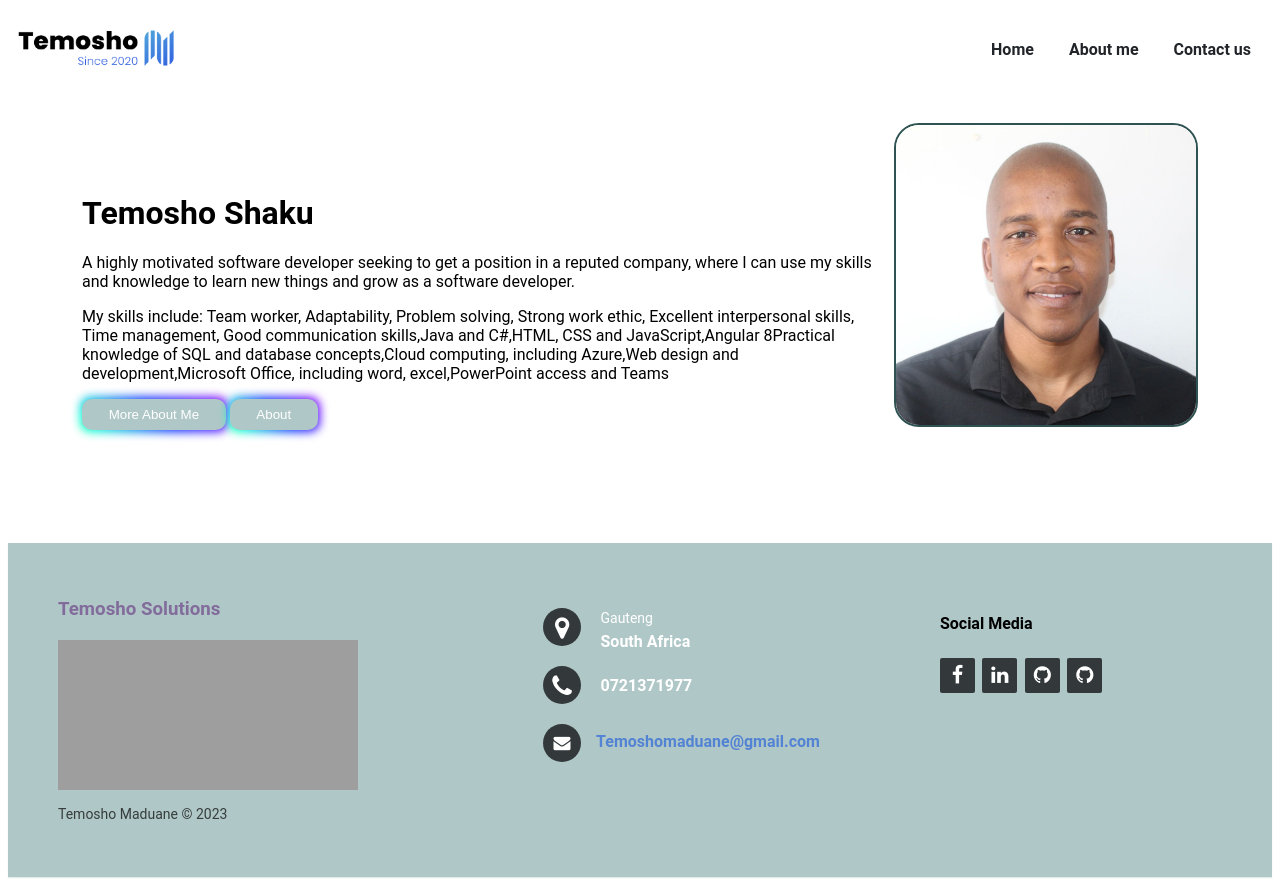
Repository: TemoshoS/T-Shaku
Page: index.html
These files come from the project's save history. The page is drawn as it stood at one moment and after the next save; the edit follows.
The browser window is 1280 px wide. The pictures show the whole page.
Pictures or frames that could not be fetched are drawn as grey boxes. Some web libraries are served in a nearby version.

Above is the page before, as saved 2023-09-28 14:23:36.

### index.html
<!DOCTYPE html>
<html>
  <title>Temosho Shaku</title>
  <meta charset="UTF-8">
        <meta name="viewport" content="width=device-width,initial-scale=1">


        <link rel="stylesheet" href="./css/style.css">

        <link rel="stylesheet" href="http://maxcdn.bootstrapcdn.com/font-awesome/4.2.0/css/font-awesome.min.css">
        <link href="http://fonts.googleapis.com/css?family=Cookie" rel="stylesheet" type="text/css">
  <body>

    <head>
      <div>
        <table style="width: 100%;">
          <tr>
            <td>
              <a href="index.html">
                <img src="./images/logo.png" style="height: 50px;" alt="No logo" />
              </a>
            </td>
            <td align="right">
              <nav  >

                <ul >
                    <a href="index.html" class="nav-link" ><b>Home</b></a>
                    <a href="about.html" class="nav-link"><b>About me</b></a>
                    <a href="contact.html" class="nav-link"><b>Contact us</b></a>
                </ul>
              </nav>
            </td>
          </tr>
        </table>
      </div>
    </head>


    <main>
      <table style="width: 100%; height: 300px">

        <tr>
          <td style="padding-left: 10vh; padding-top: 50px">
            <h1 id ="name"></h1>
            <p style="width: 100%" id="para"></p>
            <p style="width: 100%" id="para1"></p>
            <button  class="buttonmore" role="button"> More About Me</button>
            <button onclick="window.location.href='about.html'" class="buttonmore">About</button>



          </td>
          <td align="right" style="padding-right: 10vh; padding-top: 30px; padding-bottom: 30px">
            <img
              src ="./images/Temosho.jpg" alt="No picture" width="300px" height="300px" style="border-radius: 25px; object-fit: cover; border: 2px solid rgb(47, 82, 82);"
            />
          </td>
        </tr>
      </table>
    </main>


    <footer class="footer-distributed">
      <div class="footer-left">

          <h3><span>Temosho Solutions</span></h3>
          <p class="footer-links">
            <iframe src="https://www.google.com/maps/embed?pb=!1m18!1m12!1m3!1d57373.12731923028!2d28.183328280934226!3d-26.00669819115315!2m3!1f0!2f0!3f0!3m2!1i1024!2i768!4f13.1!3m3!1m2!1s0x1e956bed9ab01b69%3A0xc853e498933bab2e!2sTembisa%2C%201632!5e0!3m2!1sen!2sza!4v1676883111483!5m2!1sen!2sza"  width="300" height="150" style="border:0;" allowfullscreen="" loping="lazy"></iframe>


          </p>


          <p class="footer-portfolio-name">Temosho Maduane &copy; 2023</p>
      </div>

      <div class="footer-center">

          <div>
              <i class="fa fa-map-marker"></i>
              <p><span>Gauteng</span>South Africa</p>
          </div>
          <div>
              <i class="fa fa-phone"></i>
              <p>0721371977</p>
          </p>

          </div>
          <div>

              <p><a href="temoshomaduane@gmail.com"><i class="fa fa-envelope"></i>Temoshomaduane@gmail.com</a>
              </p>
          </div>
      </div>

      <div class="footer-right">
              <p >
                  Social Media
              </p>

              <div class="footer-icons">
                  <a href="https://m.facebook.com/temosho.shaku"><i class="fa fa-facebook"></i></a>
                  <a href="https://www.linkedin.com/mwlite/in/temosho-shaku-a2598917b"><i class="fa fa-linkedin"></i></a>
                  <a href="https://github.com/TemoshoS"><i class="fa fa-github"></i></a>
                  <a href="https://api.whatsapp.com/send?phone=27 721371977"><i class="fa fa-github"></i></a>

              </div>

      </div>
  </footer>
  <script src="./javascript/index.js"></script>
  </body>
</html>

### css/style.css
/*Navigation bar*/
.nav-link {
	text-decoration: none;
	display: inline-block;
	padding: 13px 13px;
	color: #212529;
	margin-right: 5px;
  }

  .nav-link:hover {
	text-decoration:none;
	border-bottom: 2px solid #84e7ee;
  }


@import url("https://fonts.googleapis.com/css2?family=Roboto:wght@100&display=swap");
h1,
h2,
h3,
h4,
h5,
h6,
p,
a,
label,
address,
input {
	font-family: "Roboto", sans-serif;
}

/*button*/

.buttonmore {
	padding: 0.6em 2em;
	border: none;
	outline: none;
	color: rgb(255, 255, 255);
	cursor: pointer;
	position: relative;
	z-index: 0;
	border-radius: 10px;
	user-select: none;
	-webkit-user-select: none;
	touch-action: manipulation;
  }

  .buttonmore:before {
	content: "";
	background: linear-gradient(
	  45deg,
	  #ff0000,
	  #ff7300,
	  #fffb00,
	  #48ff00,
	  #00ffd5,
	  #002bff,
	  #7a00ff,
	  #ff00c8,
	  #ff0000
	);
	position: absolute;
	top: -2px;
	left: -2px;
	background-size: 400%;
	z-index: -1;
	filter: blur(5px);
	-webkit-filter: blur(5px);
	width: calc(100% + 4px);
	height: calc(100% + 4px);
	animation: glowing-button-85 20s linear infinite;
	transition: opacity 0.3s ease-in-out;
	border-radius: 10px;
  }

  @keyframes glowing-button-85 {
	0% {
	  background-position: 0 0;
	}
	50% {
	  background-position: 400% 0;
	}
	100% {
	  background-position: 0 0;
	}
  }

  .buttonmore:after {
	z-index: -1;
	content: "";
	position: absolute;
	width: 100%;
	height: 100%;
	background: #b0c7c7;
	left: 0;
	top: 0;
	border-radius: 10px;
  }
/*Contact form*/
.contactform {


	border-radius: 5px;
	background-color: #f2f2f2;
	padding: 20px;
	width: 400px;
	margin-left: auto;
	margin-right: auto;

}



.footer-distributed{
	background-color: #b0c7c7;
	box-shadow: 0 1px 1px 0 rgba(5, 110, 52, 0.12);
	box-sizing: border-box;
	width: 100%;
	text-align: left;
	font: bold 16px sans-serif;

	padding: 55px 50px;
	margin-top: 80px;
}

.footer-distributed .footer-left,
.footer-distributed .footer-center,
.footer-distributed .footer-right{
	display: inline-block;
	vertical-align: top;
}

.footer-distributed .footer-left{
	width: 40%;
}

.footer-distributed h3{
	color:  #ffffff;

	margin: 0;
}

.footer-distributed h3 span{
	color:  #826c9b;
}


.footer-distributed .footer-links{
	color:  #ffffff;
	margin: 20px 0 12px;
	padding: 0;
}

.footer-distributed .footer-links a{
	display:inline-block;
	line-height: 1.8;
	text-decoration: none;
	color:  inherit;
}

.footer-distributed .footer-portfolio-name{
	color:  #373d3d;
	font-size: 14px;
	font-weight: normal;
	margin: 0;
}


.footer-distributed .footer-center{
	width: 35%;
}

.footer-distributed .footer-center i{
	background-color:  #33383b;
	color: #ffffff;
	font-size: 25px;
	width: 38px;
	height: 38px;
	border-radius: 50%;
	text-align: center;
	line-height: 42px;
	margin: 10px 15px;
	vertical-align: middle;
}

.footer-distributed .footer-center i.fa-envelope{
	font-size: 17px;
	line-height: 38px;
}

.footer-distributed .footer-center p{
	display: inline-block;
	color: #ffffff;
	vertical-align: middle;
	margin:0;
}

.footer-distributed .footer-center p span{
	display:block;
	font-weight: normal;
	font-size:14px;
	line-height:2;
}

.footer-distributed .footer-center p a{
	color:  #5383d3;
	text-decoration: none;;
}

.footer-distributed .footer-right{
	width: 20%;
}

.footer-distributed .footer-portfolio-about{
	line-height: 20px;
	color:  #92999f;
	font-size: 13px;
	font-weight: normal;
	margin: 0;
}

.footer-distributed .footer-portfolio-about span{
	display: block;
	color:  #ffffff;
	font-size: 14px;
	font-weight: bold;
	margin-bottom: 20px;
}

.footer-distributed .footer-icons{
	margin-top: 25px;
}

.footer-distributed .footer-icons a{
	display: inline-block;
	width: 35px;
	height: 35px;
	cursor: pointer;
	background-color:  #33383b;
	border-radius: 2px;

	font-size: 20px;
	color: #ffffff;
	text-align: center;
	line-height: 35px;

	margin-right: 3px;
	margin-bottom: 5px;
}


@media (max-width: 880px) {

	.footer-distributed{
		font: bold 14px sans-serif;

	}

	.footer-distributed .footer-left,
	.footer-distributed .footer-center,
	.footer-distributed .footer-right{
		display: block;
		width: 100%;
		margin-bottom: 40px;
		text-align: center;
	}

	.footer-distributed .footer-center i{
		margin-left: 0;
	}


}

### javascript/index.js

document.getElementById("name").innerHTML = "Temosho Shaku";

document.getElementById("para").innerHTML = "A highly motivated software developer seeking to get a position in a reputed company, where I can use my skills and knowledge to learn new things and grow as a software developer.";

document.getElementById("para1").innerHTML = "My skills include: Team worker, Adaptability, Problem solving, Strong work ethic, Excellent interpersonal skills, Time management, Good communication skills,Java and C#,HTML, CSS and JavaScript,Angular 8Practical knowledge of SQL and database concepts,Cloud computing, including Azure,Web design and development,Microsoft Office, including word, excel,PowerPoint access and Teams";

After the next save:
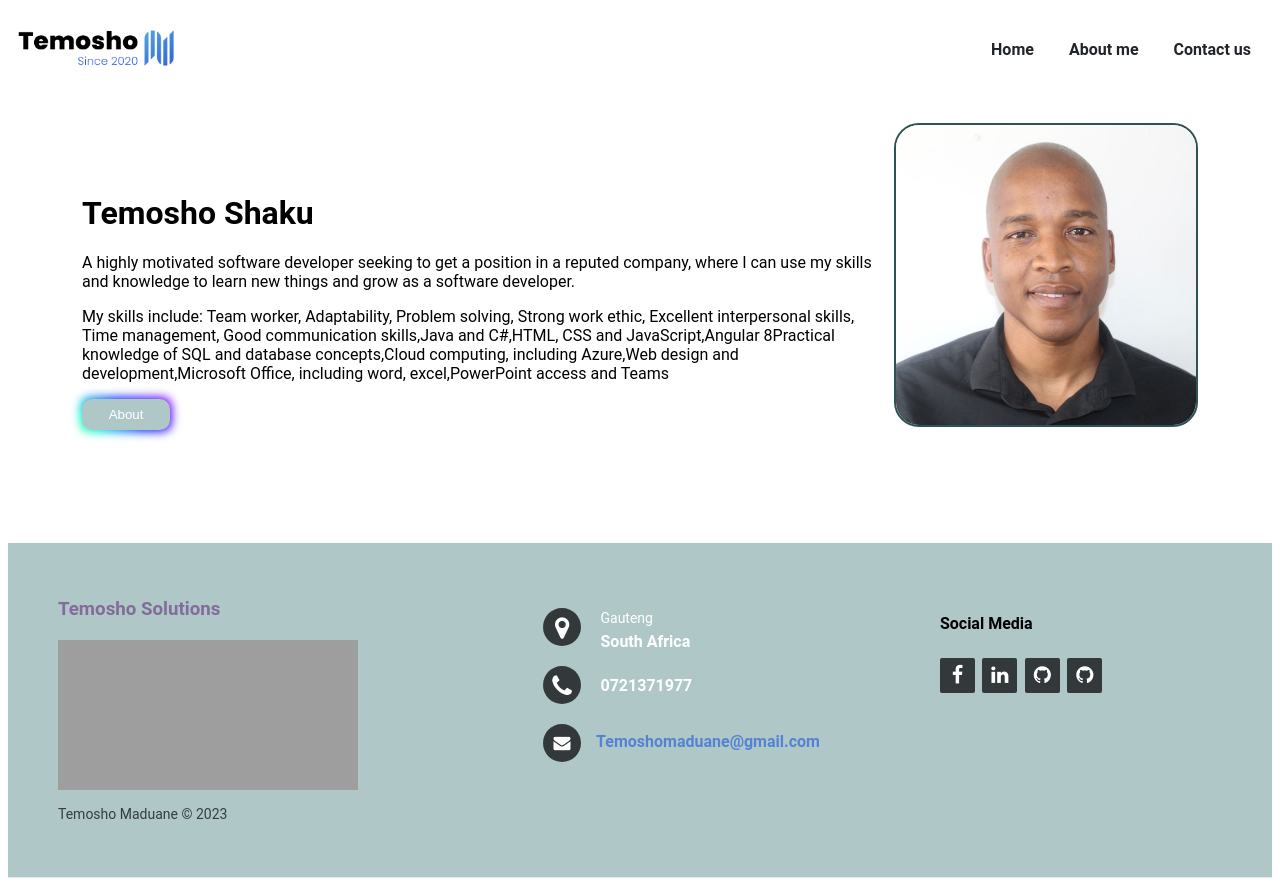
Saved 26 s later.
--- a/index.html
+++ b/index.html
@@ -44,7 +44,6 @@
             <h1 id ="name"></h1>
             <p style="width: 100%" id="para"></p>
             <p style="width: 100%" id="para1"></p>
-            <button  class="buttonmore" role="button"> More About Me</button>
             <button onclick="window.location.href='about.html'" class="buttonmore">About</button>
 
 
